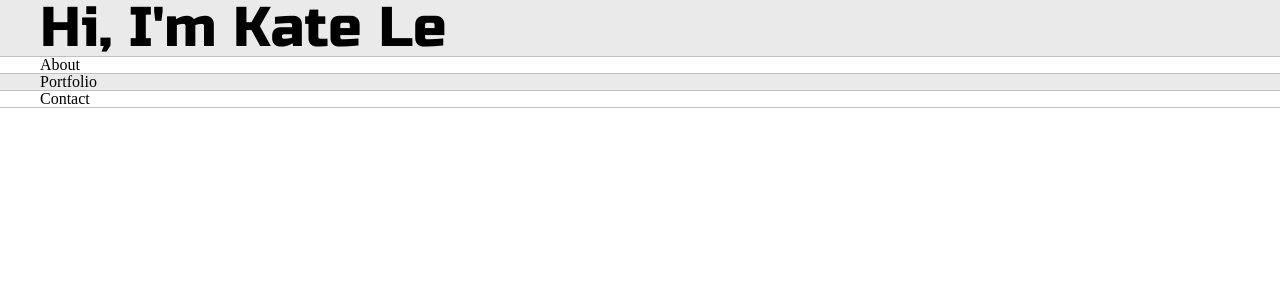
Repository: kate30980/my-persponal-website
Page: index.html
An editor plug-in stored every save of this project. The page is shown before and after the next save, followed by the edit.
The browser window is 1280 px wide. The pictures show the whole page.

Above is the page before, as saved 2021-08-26 17:12:44.

After the next save:
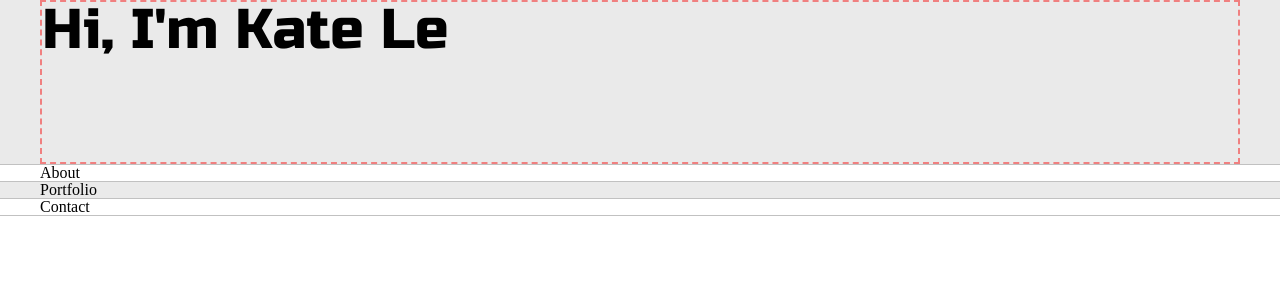
Saved 113 s later.
--- a/main.css
+++ b/main.css
@@ -80,6 +80,12 @@
   width: 1200px;
   margin: 0 auto;
 }
+.greeting-wrapper {
+  display: grid;
+  border: 2px dashed lightcoral;
+  min-height: 10em;
+}
+
 @media screen and (max-width: 1200px) {
   .main-container {
     width: 95%;
